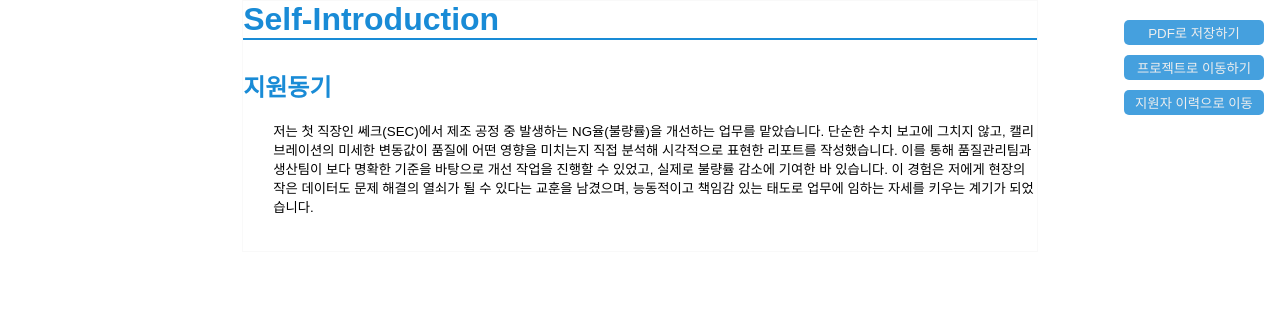
Repository: DooBae-KR/MySelf
Page: /myIntro
An editor plug-in stored every save of this project. The page is shown before and after the next save, followed by the edit.
The browser window is 1280 px wide. The pictures show the whole page.
The project was rebuilt for these pictures with package versions that can differ from the ones it lists, and the page was loaded fresh each time. Also part of the build but not shown: src/data/ProjectData.js, src/pages/Project.js, src/data/MyInform.js, src/pages/Myself.js.

Above is the page before, as saved 2025-07-24 19:22:37.

After the next save:
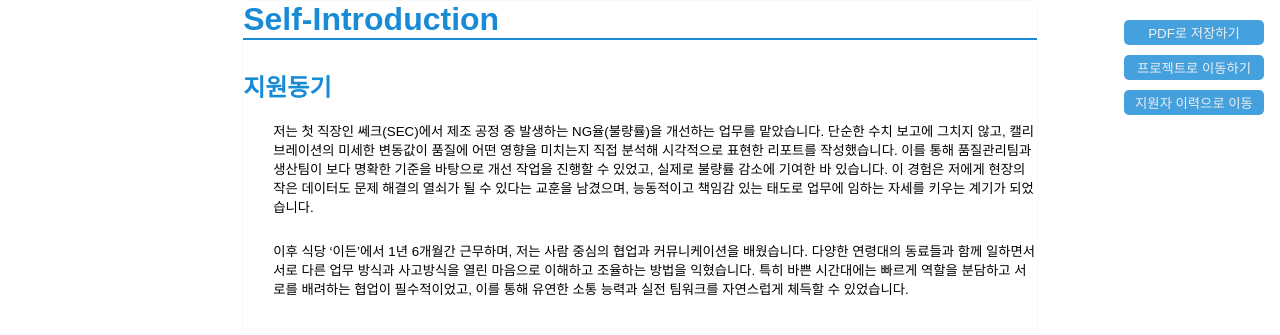
Saved 25 s later.
--- a/src/pages/MyIntroduce.js
+++ b/src/pages/MyIntroduce.js
@@ -14,7 +14,8 @@
                         <div key={index} className="work-item" style={{ marginBottom: "20px" }}>
                             <div  className="contentTitle"><br/>지원동기</div>
                             <div className="work-item">
-                                <pre>{item.context1}</pre>
+                                <pre>{item.context1}</pre><br/>
+                                <pre>{item.context2}</pre>
                             </div>
                         </div>
                     ))}
